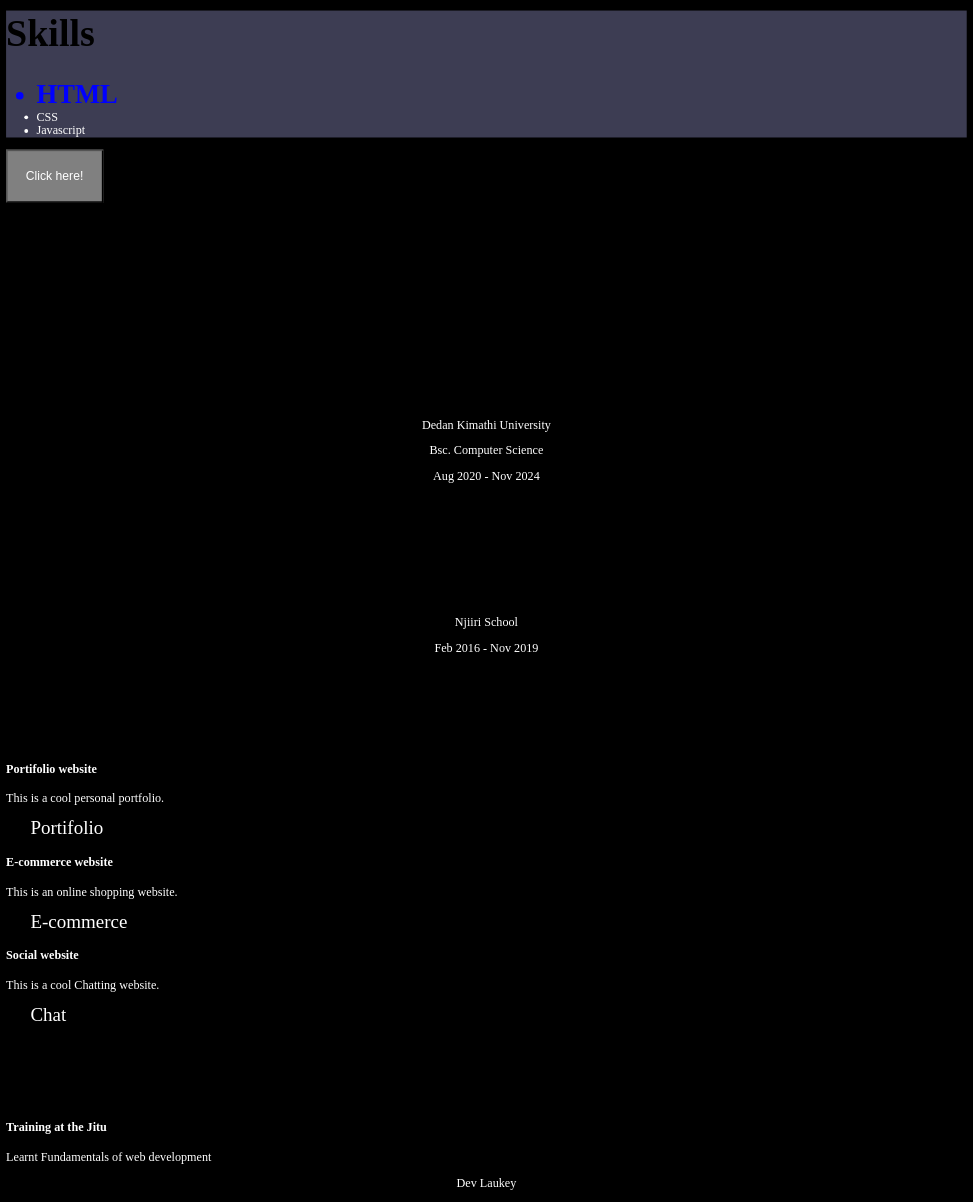
Repository: LaukeyMwaura/Jitu-Day-2
Page: index.html
The author's editor kept a copy of each file at every save. The page is drawn from the files as they stood at one save, then again after the next save.
The browser window is 1280 px wide. The pictures show the part of the page from y = 867 to 2449 px (the page is 2449 px tall), at 76% of full size.
A picture or video elsewhere on the page could not be fetched, so the positions and the page height are approximate.

Above is the page before, as saved 2022-05-11 14:57:49.

### index.html
<!DOCTYPE html>
<html lang="en">
  <head>
    <meta charset="UTF-8" />
    <meta http-equiv="X-UA-Compatible" content="IE=edge" />
    <meta name="viewport" content="width=device-width, initial-scale=1.0" />
    <title>First Site</title>
    <link rel="stylesheet" href="./style.css">
  </head>
  <body>
    <nav>
      <ul style="list-style-type: circle">
        <li><a href="#about">About </a></li>
        <li><a href="#skills">Skills </a></li>
        <li><a href="#education">Education </a></li>
        <li><a href="#projects">Projects </a></li>
        <li><a href="#work">Work </a></li>
      </ul>
    </nav>
    <div class="about" id="about">
      <h1 class="heading" id="about-me">About Me</h1>
      <p>I am a software developer trainee.</p>
      <img
        height="450"
        weight="450"
        src="https://devlaukey.netlify.app/uploads/me.jpeg"
        alt=""
      />
      <p>Let's connect:</p>
      <a target="_blank" href="https://devlaukey.netlify.com/">Website</a>
      <a target="_blank" href="https://www.linkedin.com/in/devlaukey/"
        >LinkedIn</a
      >
      <a target="_blank" href="https://github.com/DevLaukey">Github</a>
    </div>
    <div class="skills" id="skills" style="background-color: rgb(61, 61, 83); color: white;">
      <h1>Skills</h1>
      <ul>
        <li id="html">HTML</li>
        <li>CSS</li>
        <li>Javascript</li>
      </ul>
    </div>
    <button>
      Click here!
    </button>
    <div class="education" id="education">
      <h1>Education</h1>
      <div class="">
        <h3>University</h3>
        <p>Dedan Kimathi University</p>
        <p>Bsc. Computer Science</p>
        <p>Aug 2020 - Nov 2024</p>
      </div>
      <div>
        <h3>HighSchool</h3>
        <p>Njiiri School</p>
        <p>Feb 2016 - Nov 2019</p>
      </div>
    </div>
    <div class="project" id="projects">
      <h1>Projects</h1>
      <div class="project" >
        <h4>Portifolio website</h4>
        <p>This is a cool personal portfolio.</p>
        <a href="https://devlaukey.netlify.app/">Portifolio</a>
      </div>
      <div class="project">
        <h4>E-commerce website</h4>
        <p>This is an online shopping website.</p>
        <a href="https://victor-100.web.app/">E-commerce</a>
      </div>
      <div class="project">
        <h4>Social website</h4>
        <p>This is a cool Chatting website.</p>
        <a href="https://messenger-clone-70550.web.app/">Chat</a>
      </div>
    </div>
    <div id="work" class="work">
      <h1>Work Experience</h1>
      <div>
        <h4>Training at the Jitu</h4>
        <p>Learnt Fundamentals of web development</p>
      </div>
    </div>

    <footer style="background-color: black; color: white; text-align: center">
      <p>Dev Laukey</p>
    </footer>
  </body>
</html>

### style.css
* {
  color: white;
}
body {
  background-color: black;
}

h1 {
  color: rgb(81, 81, 119);
}
.about {
  background-color: blue;
}
.education {
  text-align: center;
  display: flex;
  flex-direction: column;
}
#html {
  color: blue;
  font-weight: bold;
  font-size: 35px;
}
[href]{
    color: white;
    text-decoration: none;
    margin: 2rem;
    font-size: 25px;
}
button{
    background-color:gray;
    color: white;
    padding:  1.5rem;
    font-size:1em;
}
button:hover{
background-color:black;
color: red;
}

.heading{
    color:brown;

}

#about-me{
    color:white;
}

h1, h3{
    color:black;
    font-size:50px
}

After the next save:
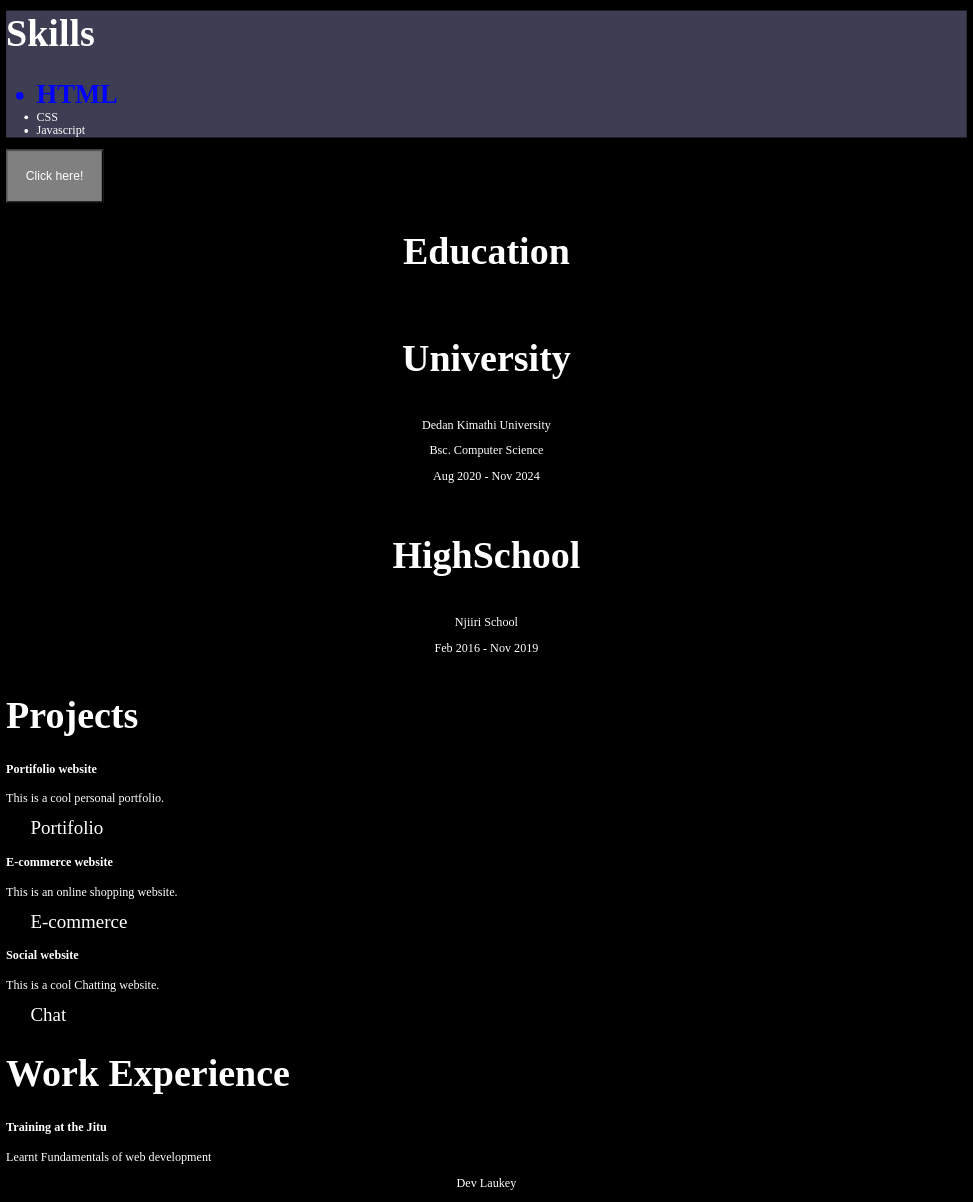
Saved 11 s later.
--- a/style.css
+++ b/style.css
@@ -48,6 +48,6 @@ color: red;
 }
 
 h1, h3{
-    color:black;
+    color:rgb(255, 255, 255);
     font-size:50px
 }
